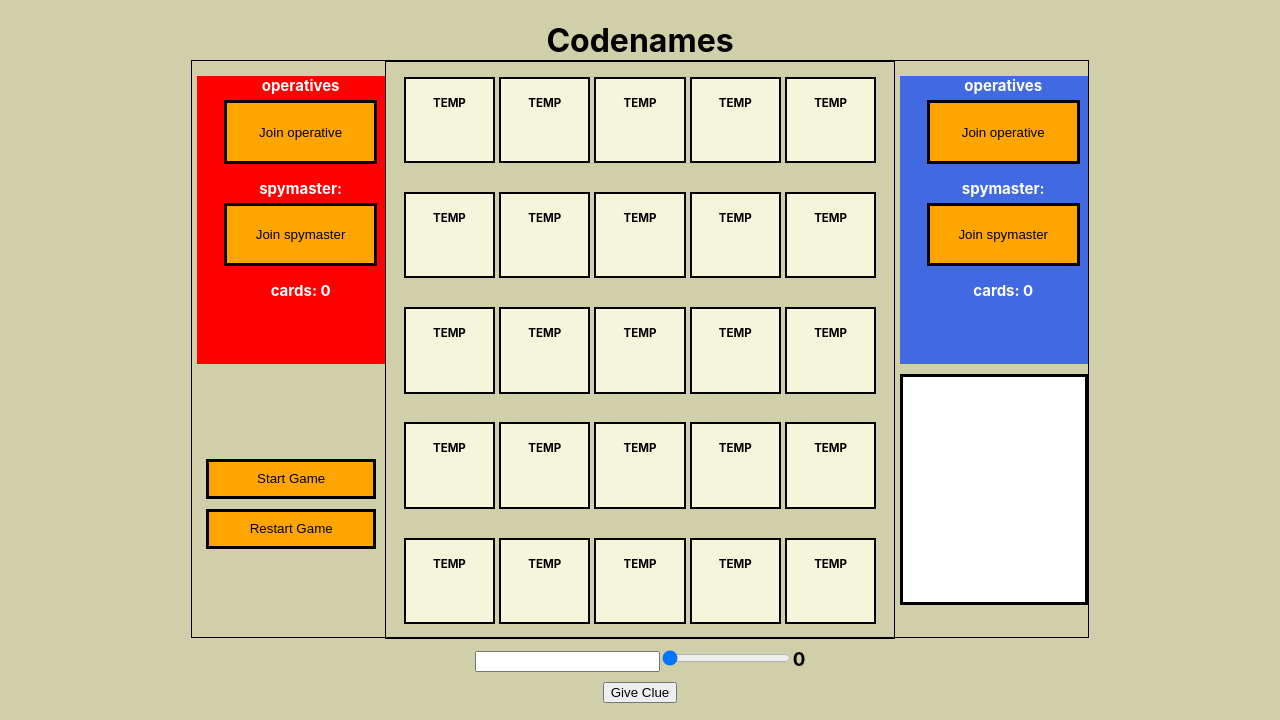
Repository: alcarrizo/Codenames-Fullstack
Page: / (app in client/)
These files come from the project's save history. The page is drawn as it stood at one moment and after the next save; the edit follows.
The browser window is 1280 px wide. The pictures show the whole page.
The project was rebuilt for these pictures with package versions that can differ from the ones it lists, and the page was loaded fresh each time. Imported but missing from the stored project, and not drawn on this page: client/src/reportWebVitals.

Above is the page before, as saved 2023-01-17 14:57:46.

### client/src/index.js
import React from 'react';
import ReactDOM from 'react-dom/client';
import './index.css';
import App from './App';
import reportWebVitals from './reportWebVitals';
import './css/styles.css'


const root = ReactDOM.createRoot(document.getElementById('root'));
root.render(
  <React.StrictMode>
    <App />
  </React.StrictMode>
);

// If you want to start measuring performance in your app, pass a function
// to log results (for example: reportWebVitals(console.log))
// or send to an analytics endpoint. Learn more: https://bit.ly/CRA-vitals
reportWebVitals();

### client/src/App.js
import logo from './logo.svg';
import './App.css';
import { useState, useEffect } from 'react';

const Card = ({ card, revealCard, player }) => {

  var className = 'card '
  className = player.role === 'spymaster' ? className + card.team : className
  className = card.clicked ? "card " + card.team + ' picked' : className

  return (
    <div className={className} onClick={() => revealCard(card.id)}>
      {card.word === null ? 'temp' : card.word}
    </div >
  )
}

const PlayerInfo = ({ joinClass, className, joinTeam, numCards }) => {


  return (
    <div className={className + "Team"}>
      <p>operatives </p>
      <p id={className + '-operative-players'}></p>
      <Btn onClick={() => joinTeam(className, 'operative')} className={joinClass} id={className + '-join-operative'} name="Join operative" />
      <p>spymaster: </p>
      <p id={className + '-spymaster-players'}></p>
      <Btn onClick={() => joinTeam(className, 'spymaster')} className={joinClass} id={className + '-join-spymaster'} name="Join spymaster" />
      <p id={className + '-remaining-cards'}>{'cards: ' + numCards}</p>
    </div>
  )

}

const Btn = (props) => {
  return (
    <button id={props.id} onClick={props.onClick} className={props.className}>{props.name}</button>
  )
}

const App = () => {

  const [cards, setCards] = useState(Array(25).fill({
    id: 0,
    word: null,
    team: 'beige',
    clicked: false
  }).map((c, i) => {
    return {
      ...c, id: i
    }
  }
  ))

  // player object
  const [player, setPlayer] = useState({
    name: 'Joker',
    team: null,
    role: null,
    joined: false
  })

  // Keeps track of turns
  const [turn, setTurn] = useState('')
  document.body.className = turn

  const [gameStart, setGameStart] = useState(false)

  // revealing the end turn button if it's your turn and your role isn't spymaster
  var endClass = player.team === turn && player.role !== 'spymaster' ? 'menuBtn' : 'menuBtn hide'

  // reveals/hides the join team buttons depending on whether the player has joined or not
  var joinClass = player.joined ? 'join-button hide' : 'join-button'

  var words = "Africa, Agent, Air, Alien, Alps, Amazon, Ambulance, America, Angel, Antarctica, Apple, Arm, Atlantis, Australia, Aztec, Back, Ball, Band, Bank, Bar, Bark, Bat, Battery, Beach, Bear, Beat, Bed, Beijing, Bell, Belt, Berlin, Bermuda, Berry, Bill, Block, Board, Bolt, Bomb, Bond, Boom, Boot, Bottle, Bow, Box, Bridge, Brush, Buck, Buffalo, Bug, Bugle, Button, Calf, Canada, Cap, Capital, Car, Card, Carrot, Casino, Cast, Cat, Cell, Centaur, Center, Chair, Change, Charge, Check, Chest, Chick, China, Chocolate, Church, Circle, Cliff, Cloak, Club, Code, Cold, Comic, Compound, Concert, Conductor, Contract, Cook, Copper, Cotton, Court, Cover, Crane, Crash, Cricket, Cross, Crown, Cycle, Czech, Dance, Date, Day, Death, Deck, Degree, Diamond, Dice, Dinosaur, Disease, Doctor, Dog, Draft, Dragon, Dress, Drill, Drop, Duck, Dwarf, Eagle, Egypt, Embassy, Engine, England, Europe, Eye, Face, Fair, Fall, Fan, Fence, Field, Fighter, Figure, File, Film, Fire, Fish, Flute, Fly, Foot, Force, Forest, Fork, France, Game, Gas, Genius, Germany, Ghost, Giant, Glass, Glove, Gold, Grace, Grass, Greece, Green, Ground, Ham, Hand, Hawk, Head, Heart, Helicopter, Himalayas, Hole, Hollywood, Honey, Hood, Hook, Horn, Horse, Horseshoe, Hospital, Hotel, Ice, Ice cream, India, Iron, Ivory, Jack, Jam, Jet, Jupiter, Kangaroo, Ketchup, Key, Kid, King, Kiwi, Knife, Knight, Lab, Lap, Laser, Lawyer, Lead, Lemon, Leprechaun, Life, Light, Limousine, Line, Link, Lion, Litter, Loch ness, Lock, Log, London, Luck, Mail, Mammoth, Maple, Marble, March, Mass, Match, Mercury, Mexico, Microscope, Millionaire, Mine, Mint, Missile, Model, Mole, Moon, Moscow, Mount, Mouse, Mouth, Mug, Nail, Needle, Net, New york, Night, Ninja, Note, Novel, Nurse, Nut, Octopus, Oil, Olive, Olympus, Opera, Orange, Organ, Palm, Pan, Pants, Paper, Parachute, Park, Part, Pass, Paste, Penguin, Phoenix, Piano, Pie, Pilot, Pin, Pipe, Pirate, Pistol, Pit, Pitch, Plane, Plastic, Plate, Platypus, Play, Plot, Point, Poison, Pole, Police, Pool, Port, Post, Pound, Press, Princess, Pumpkin, Pupil, Pyramid, Queen, Rabbit, Racket, Ray, Revolution, Ring, Robin, Robot, Rock, Rome, Root, Rose, Roulette, Round, Row, Ruler, Satellite, Saturn, Scale, School, Scientist, Scorpion, Screen, Scuba diver, Seal, Server, Shadow, Shakespeare, Shark, Ship, Shoe, Shop, Shot, Sink, Skyscraper, Slip, Slug, Smuggler, Snow, Snowman, Sock, Soldier, Soul, Sound, Space, Spell, Spider, Spike, Spine, Spot, Spring, Spy, Square, Stadium, Staff, Star, State, Stick, Stock, Straw, Stream, Strike, String, Sub, Suit, Superhero, Swing, Switch, Table, Tablet, Tag, Tail, Tap, Teacher, Telescope, Temple, Theater, Thief, Thumb, Tick, Tie, Time, Tokyo, Tooth, Torch, Tower, Track, Train, Triangle, Trip, Trunk, Tube, Turkey, Undertaker, Unicorn, Vacuum, Van, Vet, Wake, Wall, War, Washer, Washington, Watch, Water, Wave, Web, Well, Whale, Whip, Wind, Witch, Worm, Yard".split(',')

  const revealCard = (id) => {

    // makes it so that spymasters, the other team, and spectators
    // can't click cards during your turn
    // if (player.role === 'spymaster' || player.team !== turn || !player.joined) {
    //   return
    // }

    //prevents people from clicking the cards if the game hasn't
    // started/ ended
    if (!gameStart) {
      return
    }


    const card = cards.find(c => c.id === id)
    if (card.team !== turn) {
      changeTurn()
    }
    const revealedCard = { ...card, clicked: true }
    setCards(cards.map(c => c.id === id ? revealedCard : c))

  }

  const assignCards = (size, usedArr, arr, ranNum) => {
    // for loop to select 25 unique random words
    for (let i = 0; i < size; i++) {
      let randumNum = Math.round(Math.random() * ranNum)

      while (usedArr.includes(randumNum)) {
        randumNum = Math.round(Math.random() * ranNum)
      }
      usedArr.push(randumNum)
      arr.push(randumNum)
    }
  }

  const changeTurn = () => {
    // changes turn to the opposite team
    const newTurn = turn === 'blue' ? 'red' : 'blue'
    setTurn(newTurn)
  }

  const startGame = () => {
    setGameStart(true)
    //randomizing who goes first
    let randNum = Math.round(Math.random())
    const whoseTurn = randNum === 0 ? 'blue' : 'red'
    setTurn(whoseTurn)

    // array to hold the words
    var cardWords = []
    // Keeps track of the selected words to avoid using the same word twice
    var usedWords = []

    // getting the 25 words to be used
    assignCards(25, usedWords, cardWords, 399)

    cardWords = cardWords.map(i => words[i])
    // assigning cards to teams
    // resetting the card team arrays
    var redCards = []
    var blueCards = []
    var blackCard = []
    usedWords = []

    // The one who goes first gets 9 cards, otherwise they get 8
    let blueSize = whoseTurn === 'blue' ? 9 : 8
    let redSize = whoseTurn === 'red' ? 9 : 8

    // getting the black card
    assignCards(1, usedWords, blackCard, 24)

    // picking the blue cards
    assignCards(blueSize, usedWords, blueCards, 24)

    // picking the red cards
    assignCards(redSize, usedWords, redCards, 24)

    const newCards = cards.map((c, i) => {
      let team = 'beige'
      if (redCards.includes(i)) {
        team = 'red'
      }
      else if (blueCards.includes(i)) {
        team = 'blue'
      }
      else if (blackCard.includes(i)) {
        team = 'black'
      }
      return { ...c, clicked: false, word: cardWords[i], team: team }
    })
    setCards(newCards)

    // removing the start game button since the game has started
    document.getElementById('startBtn').className += ' hide'

  }

  const joinTeam = (team, role) => {
    const playerTeam = team === 'blue' ? 'blue' : 'red'
    const playerRole = role === 'operative' ? 'operative' : 'spymaster'

    const newPlayer = { ...player, role: playerRole, team: playerTeam, joined: true }

    //adding player's name to their role location
    document.getElementById(playerTeam + "-" + playerRole + "-players").innerHTML += player.name + " "


    setPlayer(newPlayer)
  }

  const restart = () => {

    setGameStart(false)

    // clearing the team name tags
    document.getElementById("blue-operative-players").innerHTML = " "
    document.getElementById("blue-spymaster-players").innerHTML = " "
    document.getElementById("red-operative-players").innerHTML = " "
    document.getElementById("red-spymaster-players").innerHTML = " "

    // resetting the cards to pre game state
    const newCards = cards.map(c => {
      return {
        ...c,
        word: null,
        team: 'beige',
        clicked: false
      }
    })
    setCards(newCards)

    // resetting player to pre game state
    const newPlayer = {
      ...player,
      team: null,
      role: null,
      joined: false
    }
    setPlayer(newPlayer)

    //resetting Turns to pre game state
    setTurn('')

    //bringing back the start game button
    document.getElementById('startBtn').className = 'menuBtn'

    //resetting the winScreen
    document.getElementById('win-screen').className = 'win-screen hide'

  }

  //checks if someone has won whenever a card is picked
  useEffect(() => {
    if (!gameStart) {
      return
    }
    let newWin = false
    let winningTeam = ''
    if (cards.filter(c => c.team === 'blue' && !c.clicked).length === 0) {
      newWin = true
      winningTeam = 'blue'
    }
    else if (cards.filter(c => c.team === 'red' && !c.clicked).length === 0) {
      newWin = true
      winningTeam = 'red'
    }
    else if (cards.filter(c => c.team === 'black' && !c.clicked).length === 0) {
      newWin = true
      winningTeam = turn === 'blue' ? 'red' : 'blue'
    }

    if (newWin === true) {
      setGameStart(false)
      document.getElementById('win-screen').className = 'win-screen'
      document.getElementById('win-screen').innerHTML = winningTeam + ' has won'

      setCards(cards.map(c => { return { ...c, clicked: true } }))
    }
  }, [cards])


  const giveClue = () => {

    let clue = document.getElementById('clue-text').value
    let clueNum = document.getElementById('clueRange').value
    clueNum = clueNum === '10' ? "&infin;" : clueNum
    document.getElementById('clue-log').innerHTML += clue + ' ' + clueNum + '<br>'
  }

  const updateClueNum = () => {
    if (document.getElementById("clueRange").value === '10') {
      document.getElementById("rangeNumber").innerHTML = "&infin;"
    }
    else {
      document.getElementById("rangeNumber").innerHTML = document.getElementById("clueRange").value
    }
  }

  return (
    <div className="App">
      <h1>Codenames</h1>

      {/* <button onClick={() => { giveClue('test') }}>test</button> */}

      <div className='wrapper'>
        <div className={"redSide"}>
          <PlayerInfo numCards={cards.filter(c => c.team === 'red' && !c.clicked).length} joinClass={joinClass} joinTeam={joinTeam} className={'red'} />
          <div className='menu'>
            <Btn className='menuBtn' onClick={() => startGame()} id="startBtn" name="Start Game" />
            <Btn className='menuBtn' onClick={() => restart()} id="resetBtn" name="Restart Game" />
          </div>
        </div>

        <div className='gameBoard'>
          {
            cards.map((card) =>
              <Card
                player={player}
                key={card.id}
                card={card}
                revealCard={revealCard} />
            )
          }

        </div>

        <div className={"blueSide"}>
          <PlayerInfo numCards={cards.filter(c => c.team === 'blue' && !c.clicked).length} joinClass={joinClass} joinTeam={joinTeam} className={'blue'} />
          <div id='clue-log' className='clue-log'></div>
          <Btn onClick={() => changeTurn()} className={endClass} id="endTurn" name="End Turn" />
        </div>

        <div className='win-screen hide' id='win-screen'></div>
      </div>

      <div className='clue-area ' id='clue-area'>
        <input className='clue-text' id='clue-text' type="text" />
        <div className="rangeDiv" id="rangeDiv">
          <input onChange={() => { updateClueNum() }} className="clue-range" id='clueRange' type="range" autoComplete='off' min="0" max="10" defaultValue="0" />
          <h3 className="range-number" id="rangeNumber">0</h3>
        </div>
        <Btn onClick={() => { giveClue() }} className="clue-submit" id="clue-submit" name="Give Clue" />
      </div>

    </div>
  );
}

export default App;

### client/src/css/styles.css
h1 {
    margin-bottom: 0px;
}

body {
    background-color: #cfcfaa;
}

body.red {
    background-color: #b44c2b;
}

body.blue {
    background-color: #4799b7;
}

.wrapper {
    position: relative;
    border: 0.05rem solid black;
    width: 70%;
    height: 80vh;
    display: flex;
    background: none;
    margin: 0 auto;

}

.gameBoard {
    display: flex;
    flex-wrap: wrap;
    justify-content: center;
    text-align: center;
    width: 35rem;
    height: 100%;
    /*   width: 500px;
    height: 500px; */
    /*width: 15rem;
    height: 15rem;
    */
    border: 0.05rem solid black;
    margin: auto;
}



.card {
    /* background-color: royalblue; */
    background-color: beige;
    box-sizing: border-box;
    /*width: 75px;
    height: 65px;
  */
    /*   width: 5.5rem;
    height: 5rem; */
    width: 18%;
    height: 15%;
    margin: auto 2px;
    border: 2px black solid;
    font-size: .9vw;
    padding-top: 17px;
    text-transform: uppercase;
    font-weight: bold;
    transition: none;
}

.card.blue {
    background-color: royalblue;

}

.card.red {
    background-color: #ff6000;
}

.card.black {
    background-color: black;
    color: white;

}

.card.beige {
    background-color: #b9b979;
}

.card.blue,
.card.red,
.card.black,
.card.beige {
    transition: background-color 1s;
}

.card.blue.picked,
.card.red.picked,
.card.black.picked,
.card.beige.picked {
    transition: opacity 1s;
    opacity: 50%;
}


.redSide,
.blueSide {
    color: white;
    height: 100%;
    width: 13rem;
    font-size: 15px;
    font-weight: bold;
    padding-left: 5px;
    padding-bottom: 10px;
    margin: 0 auto;
}

.blueTeam,
.redTeam {
    height: 50%;
    margin-top: 10px;
    padding-left: 10%;

    box-sizing: border-box;
}

.redTeam {
    background-color: red;

}

.blueTeam {
    background-color: royalblue;

}

.blueSide {
    height: 100%;
}

.join-button {
    display: block;
    width: 90%;
    height: 22%;
    margin: -10px auto 0;
    background-color: orange;
    border: black solid 3px;
}

.join-button.hide {
    display: none;
}

.menuBtn {
    display: block;
    width: 90%;
    height: 40px;
    margin: 0 auto;
    background-color: orange;
    border: black solid 3px;
    margin-bottom: 10px;


}

.menuBtn.hide {
    display: none;
}

.menu {
    display: block;
    width: 100%;
    margin-top: 50%;
}

.clue-log {
    color: black;
    width: 100%;
    height: 40%;
    margin: 10px 0 5px;
    padding-left: 10px;
    background-color: white;
    box-sizing: border-box;
    border: black solid 3px;
    overflow-y: auto;
    line-height: 1.5;
}

.rangeDiv {
    display: inline-block;
    text-align: center;

}

.rangeDiv h3 {
    margin: 0;
    display: inline-block;
}

.clue-area {
    margin: 10px auto 0;
    width: 400px;
    height: 50px;
    margin-bottom: 15px;
}

.clue-area.hide {
    display: none;
}

.clue-submit {
    display: block;
    margin: 10px auto 0;
}

.win-screen {
    box-sizing: border-box;
    position: absolute;
    width: 30%;
    height: 30%;
    background-color: orange;
    top: 35%;
    left: 35%;
    text-align: center;
    font-size: 35px;
    line-height: 170px;
    font-weight: 800;
    border: black solid 3px;

}

.win-screen.hide {
    display: none;
}

Loaded but not shown: client/public/index.html (common file); client/src/index.css (common file); client/src/App.css (common file)

After the next save:
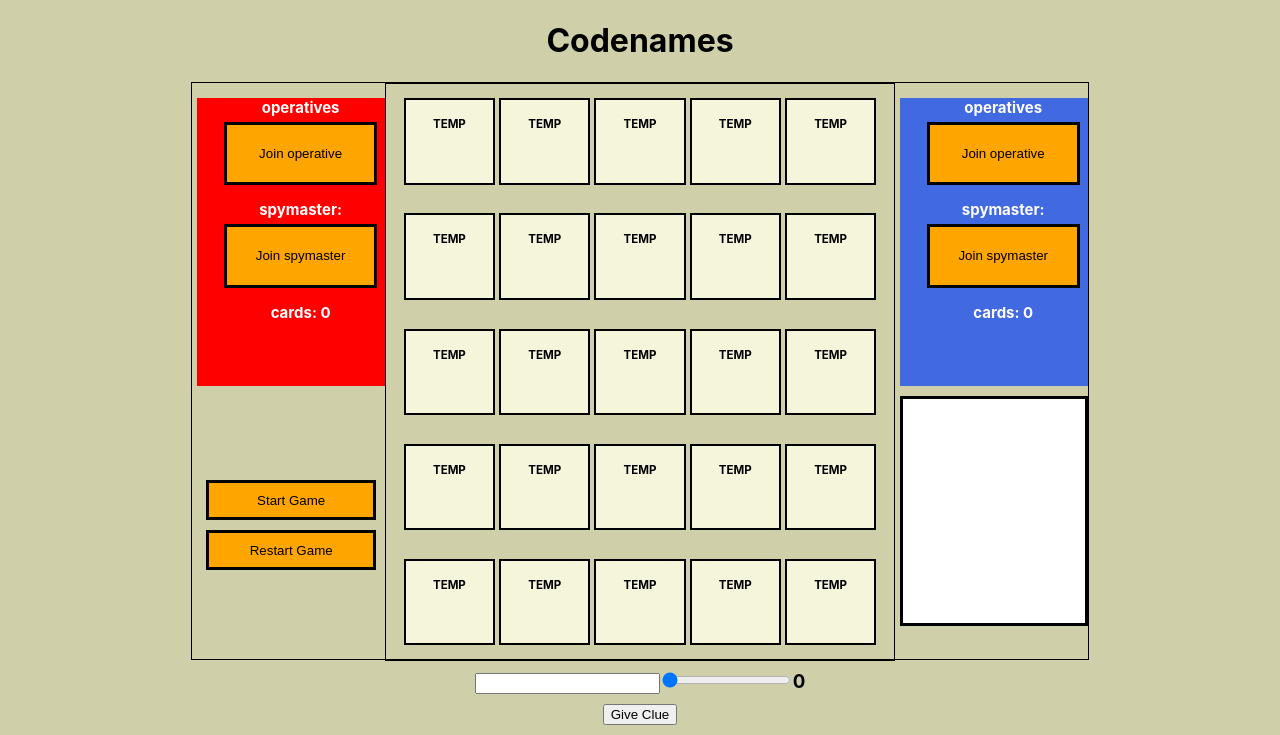
Saved 5 s later.
--- a/client/src/css/styles.css
+++ b/client/src/css/styles.css
@@ -1,7 +1,3 @@
-h1 {
-    margin-bottom: 0px;
-}
-
 body {
     background-color: #cfcfaa;
 }
